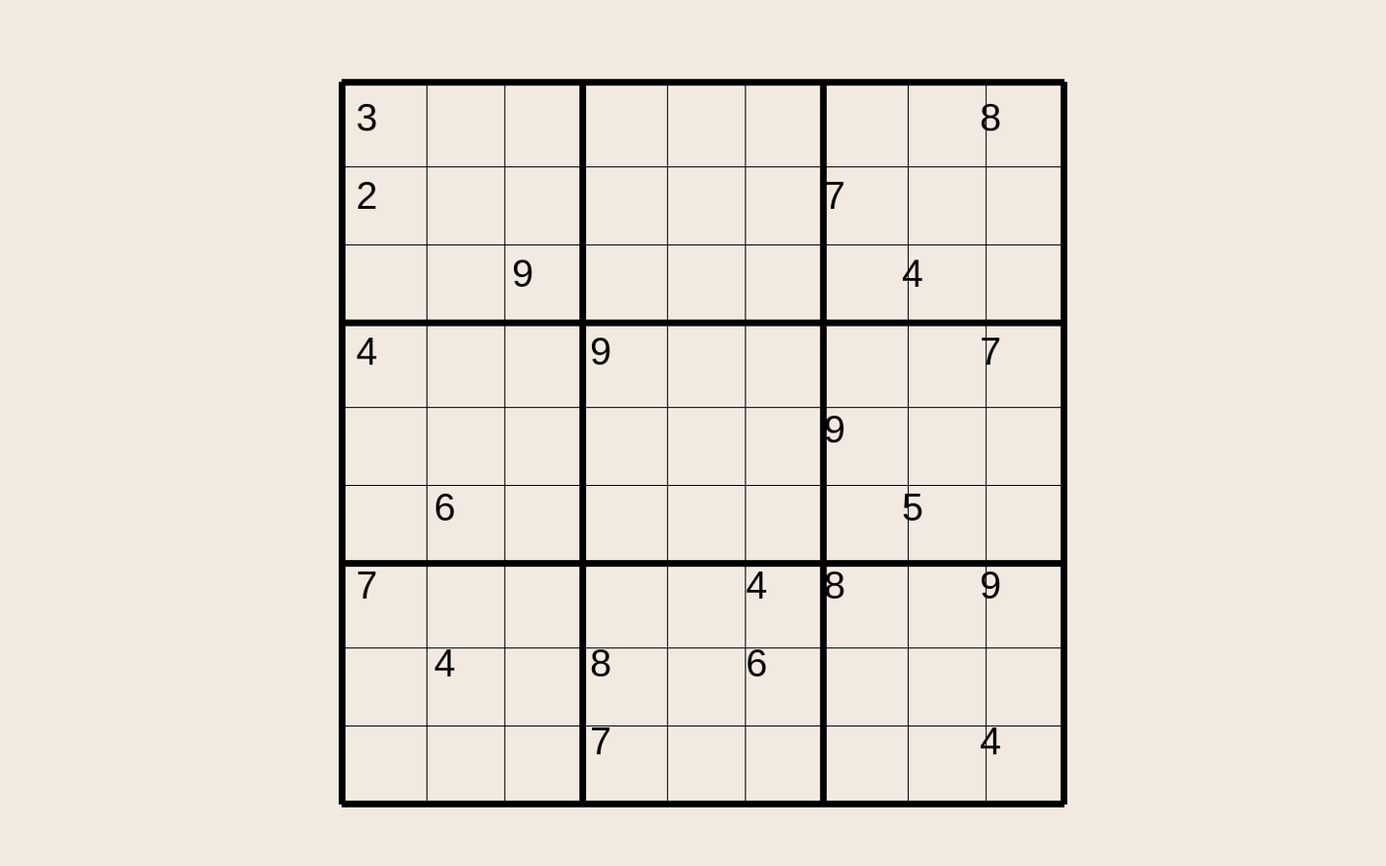
Repository: JensVL96/Puzzle-solver-for-fun
Script's output: python sudoku.py
These files come from the project's save history. The script's output is drawn as it stood at one moment and after the next save; the edit follows.
The pictures are shown at 99% of full size.
Figures wider than 1,400 px are first shrunk to that width. The window is shown after at most 60 frames with no key pressed. A system font it names is replaced by a similar one. Random numbers start from a fixed seed.

Above is the script's output before, as saved 2020-11-07 16:45:32.

After the next save:
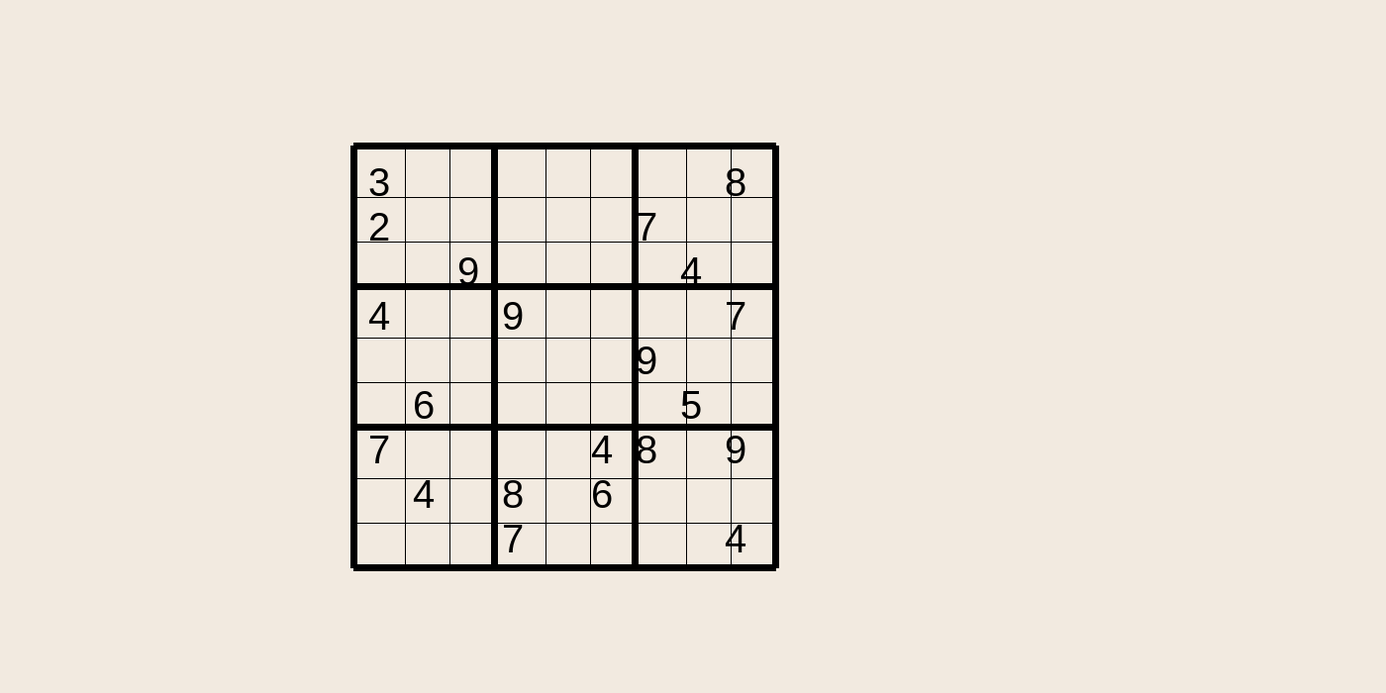
Saved 75 s later.
--- a/config.py
+++ b/config.py
@@ -1,7 +1,7 @@
 
 
 #   Screen info
-SCREEN_HEIGHT = 900
+SCREEN_HEIGHT = 700
 SCREEN_WIDTH = int(SCREEN_HEIGHT * 1.6)
 SCREEN_RES = (SCREEN_WIDTH, SCREEN_HEIGHT)
 
@@ -14,7 +14,7 @@ WHITE = (255,255,255)
 BEIGE = (242,234,224)
 
 # Box info
-BORDER_SIZE = 729
+BORDER_SIZE = 405
 BLOCK_SIZE = BORDER_SIZE / 9
 CELL_SIZE = BLOCK_SIZE / 9
 # Corner coordinates
